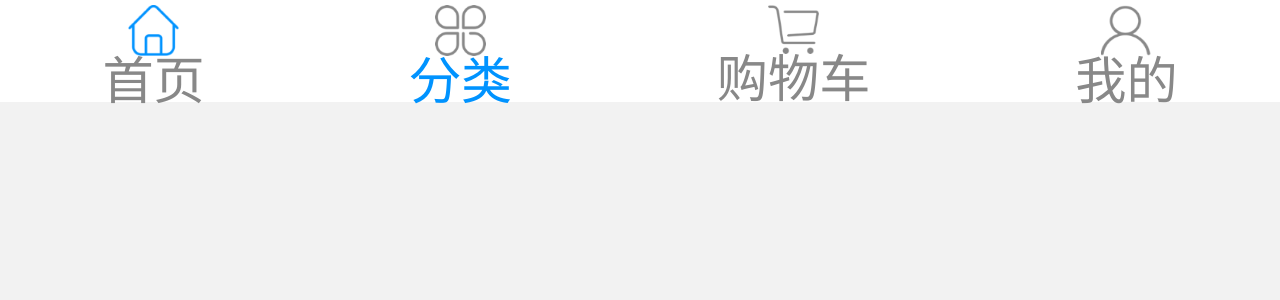
Repository: 421538074/sell
Page: consumer/home.html
An editor plug-in stored every save of this project. The page is shown before and after the next save, followed by the edit.
The browser window is 1280 px wide. The pictures show the whole page.

Above is the page before, as saved 2019-05-30 09:06:06.

### consumer/home.html
<!DOCTYPE html>
<html lang="en">

<head>
    <meta charset="UTF-8">
    <meta name="viewport" content="width=device-width, initial-scale=1.0">
    <meta http-equiv="X-UA-Compatible" content="ie=edge">
    <title>商品分类</title>
    <link rel="stylesheet" href="../css/base.css">
    <link rel="stylesheet" href="css/common.css">
    <link rel="stylesheet" href="css/goods-classify.css">
</head>

<body>
    <div id="app" class="content">
        <nav class="tool-bar-wrapper">
            <a href="javascript:;" class="nav-item">
                <img src="../img/home-active.png" class="nav-item-icon">
                <span class="tilte">首页</span>
            </a>
            <a href="goods-classify.html" class="nav-item active">
                <img src="../img/classify.png" class="nav-item-icon">
                <span class="tilte">分类</span>
            </a>
            <a href="shop-cart.html" class="nav-item">
                <img src="../img/shop.png" class="nav-item-icon">
                <span class="tilte">购物车</span>
            </a>
            <a href="user.html" class="nav-item">
                <img src="../img/user.png" class="nav-item-icon">
                <span class="tilte">我的</span>
            </a>
        </nav>
    </div>
    <script src="../js/api.js"></script>
    <script src="../js/vue.js"></script>
    <script src="js/vue-mixin.js"></script>
    <script src="js/goods-classify.js"></script>
</body>

</html>

### css/base.css
/* http://meyerweb.com/eric/tools/css/reset/
   v2.0 | 20110126
   License: none (public domain)
*/

html,
body,
div,
span,
applet,
object,
iframe,
h1,
h2,
h3,
h4,
h5,
h6,
p,
blockquote,
pre,
a,
abbr,
acronym,
address,
big,
cite,
code,
del,
dfn,
em,
img,
ins,
kbd,
q,
s,
samp,
small,
strike,
strong,
sub,
sup,
tt,
var,
b,
u,
i,
center,
dl,
dt,
dd,
ol,
ul,
li,
fieldset,
form,
label,
legend,
table,
caption,
tbody,
tfoot,
thead,
tr,
th,
td,
article,
aside,
canvas,
details,
embed,
figure,
figcaption,
footer,
header,
hgroup,
menu,
nav,
output,
ruby,
section,
summary,
time,
mark,
audio,
video {
    margin: 0;
    padding: 0;
    border: 0;
    font-size: 100%;
    font: inherit;
    vertical-align: baseline;
}

/* HTML5 display-role reset for older browsers */
article,
aside,
details,
figcaption,
figure,
footer,
header,
hgroup,
menu,
nav,
section {
    display: block;
}

body {
    line-height: 1;
}

ol,
ul {
    list-style: none;
}

blockquote,
q {
    quotes: none;
}

blockquote:before,
blockquote:after,
q:before,
q:after {
    content: '';
    content: none;
}

table {
    border-collapse: collapse;
    border-spacing: 0;
}


body,
html {
    font-size: calc(100vw / 37.5);
    font-family: PingFangSC-Medium;
    background: #F2F2F2;
}


[v-cloak] {
    display: none;
}


hr {
    margin: 0;
    padding: 0;
}

.clearfix {
    zoom: 1;
}

.clearfix:after {
    content: ".";
    display: block;
    visibility: hidden;
    height: 0;
    clear: both;
}

[v-cloak] {
    display: none;
}

### consumer/css/common.css
/**nav bar*/
nav.tool-bar-wrapper {
    height: 3rem;
    background: #ffffff;
    display: flex;
    align-items: center;
    justify-content: space-around;
}
a.nav-item {
    color: #888888;
    text-decoration: none;
    font-size: 1.5rem;
    display: flex;
    flex-direction: column;
    align-items: center;
    justify-content: space-around;
    height: 90%;
}
a.nav-item.active{
    color: #0093FF;
}
img.nav-item-icon{
    width: 1.5rem;
    height: 1.5rem;
}

### consumer/css/goods-classify.css
*{
    box-sizing: border-box;
}
html,body,div.content{
    height: 100%;
}
div.content {
    display: flex;
    flex-direction: column;
}
div.search-bar-wrapper{
    height: 4.5rem;
    display: flex;
    align-items: center;
    justify-content: center;
    background: #ffffff;
}
input.search-input {
    width: 90%;
    border: none;
    height: 60%;
    border-radius: 0.1rem;
    background: url(../../img/search-icon.png) no-repeat;
    background-size: 1.2rem;
    background-color: #F6F6F6;
    outline: 0;
    background-position: 33% center;
}
input::-webkit-input-placeholder {
    color: #A9B7CE;
    text-align: center;
}
.goods-classify-wrapper {
    display: flex;
    flex: 1;
}
ul.main-classify-wrapper {
    overflow: scroll;
    height: 100%;
    width: 30%;
    background: #F6F6F6;
}
ul.main-classify-wrapper::-webkit-scrollbar,div.sub-classify-wrapper::-webkit-scrollbar {
    width: 0;
    height: 0;
}
li.main-classify-item {
    width: 100%;
    height: 3rem;
    line-height: 3rem;
    white-space: nowrap;
    overflow: hidden;
    text-overflow: ellipsis;
    background: #fff;
    margin-bottom: 1px;
    color: #3E3E3E;
    padding-left: 10px;
    font-size: 1.5rem;
}
li.main-classify-item.active {
    background: #F6F6F6;
    position: relative;
    color: #000000;
}
li.main-classify-item.active::after{
    content: '';
    position: absolute;
    background: #FFD162;
    height: 80%;
    width: 5px;
    left: 0;
    top: 10%;
}
.sub-classify-wrapper {
    flex: 1;
    background: #F6F6F6;
    overflow: scroll;
}
img.classify-item-icon {
    width: 19vw;
    height: 19vw;
    border-radius: 0.2rem;
}
p.sub-classify-item-title {
    font-size: 1.4rem;
    height: 3em;
    display: flex;
    align-items: center;
    color: #3E3E3E;
    padding-left: 3vw;
}
.sub-classify-item{
    width: 70vw;
}
.sub-sub-classify-item {
    width: calc(68vw / 3);
    margin-bottom: 1rem;
}
.sub-classify-item-wrapper {
    display: flex;
    align-items: center;
    flex-wrap: wrap;
    text-align: center;
    padding-left: 1vw;
}
p.classify-title {
    margin: 0 auto;
    font-size: 1.2rem;
    white-space: nowrap;
    overflow: hidden;
    text-overflow: ellipsis;
    max-width: 80%;
    margin-top: 0.6rem;
}

### js/api.js



// window.warn = {
//     alert: function alert(msg) {
//         var template = `
// `
//         $('body').append(template);
//         $('.alert-body').animate({
//             top: "40px"
//         }, 200);
//         // setTimeout(function () {
//         //     warn.close();
//         // }, 1500);
//     },
//     close: function close() {
//         $('.alert-body').animate({
//             top: "-280px"
//         }, 200);
//         setTimeout(function () {
//             $('#alert-msg').remove();
//         }, 200);
//     }
// };

### consumer/js/vue-mixin.js
Vue.mixin({
    methods: {
        /**
         * 返回
         */
        back() {
            history.go(-1);
        },
        /**
         * 限制长度
         * @param {String} 要限制长度的字段
         * @param {Number} 长度
         */
        limitLength(key, length) {
            this[key] = this[key].substring(0, length);
        },
        /**
         * 验证11位手机号
         * @param {Number} phone
         */
        validatePhone(phone) {
            const phoneReg = /^[1-9][0-9]{9}[0-9]$/;
            return phoneReg.test(phone);
        },
        /**
         * 发送手机验证码
         * @param {Number} waitTimeKey 等待时间键名
         * @param {String} tipsKey 发送验证码显示的信息的键名
         * @param {String} phoneKey 手机号键名
         * @param {String} reSendMsg  按钮默认显示的文字
         */
        sendCode(waitTimeKey, tipsKey, phoneKey, defaultMsg) {
            if (!this.validatePhone(this[phoneKey])) {
                alert('无效手机号!');
                return;
            }
            if (this[waitTimeKey] == 60) {
                $.post('', {
                        phone: this[phoneKey]
                    }, (res) => {
                        if (res.status == 1) {
                            const interval = setInterval(() => {
                                if (this[waitTimeKey] == 1) {
                                    this[waitTimeKey] = 60;
                                    this[tipsKey] = defaultMsg;
                                    clearInterval(interval);
                                    return;
                                }
                                this[waitTimeKey] -= 1;
                                this[tipsKey] = `${this[waitTimeKey]}s`;
                            }, 1000);
                        } else {
                            alert('发送失败!');
                        }
                    }, 'json')
                    .fail(err => {
                        alert('服务器异常!');
                    });
            }
        },
        /**
         * 链接跳转
         * @param {String} url
         */
        linkTo(url) {
            window.location.href = url;
        }
    },
    filters: {

    }
})

### consumer/js/goods-classify.js
new Vue({
    el:'#app',
    data() {
        return {
            currentIndex:1
        }
    },
    methods: {
        triggerTab(index) {
            if(this.currentIndex != index) {
                this.currentIndex = index;
            }
        }
    },
})

Loaded but not shown: js/vue.js (library)

After the next save:
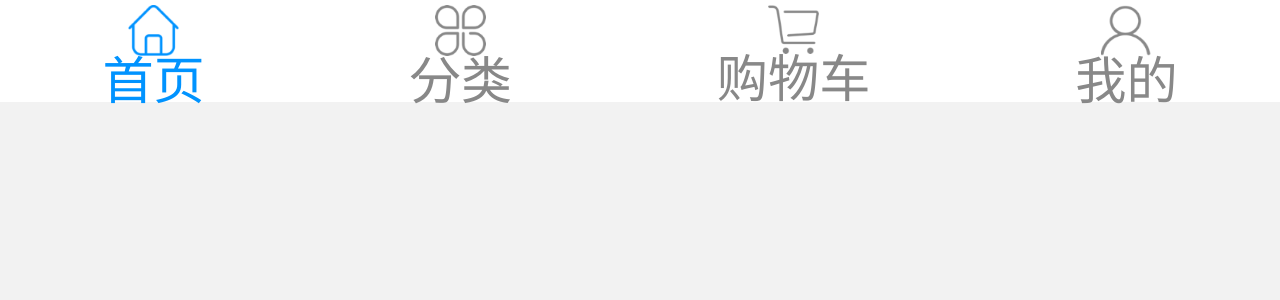
Saved 17 s later.
--- a/consumer/home.html
+++ b/consumer/home.html
@@ -14,11 +14,11 @@
 <body>
     <div id="app" class="content">
         <nav class="tool-bar-wrapper">
-            <a href="javascript:;" class="nav-item">
+            <a href="javascript:;" class="nav-item active">
                 <img src="../img/home-active.png" class="nav-item-icon">
                 <span class="tilte">首页</span>
             </a>
-            <a href="goods-classify.html" class="nav-item active">
+            <a href="goods-classify.html" class="nav-item">
                 <img src="../img/classify.png" class="nav-item-icon">
                 <span class="tilte">分类</span>
             </a>
